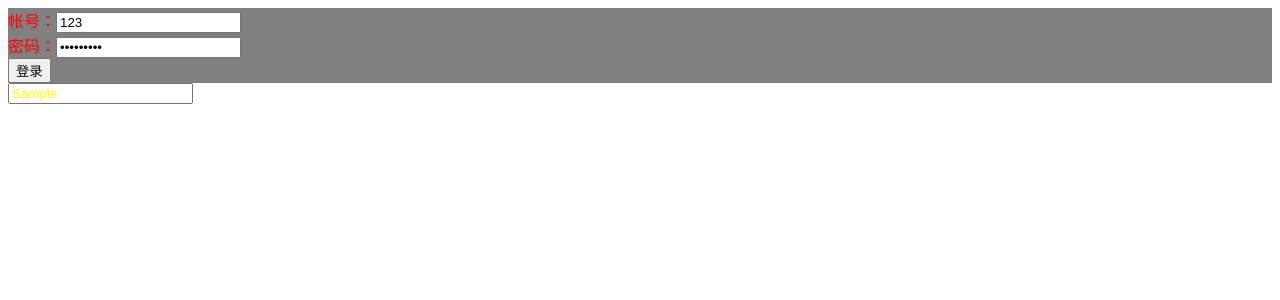
Repository: MuzDing/Muz_Data
Page: http://localhost/javeEe/default.jsp
These files come from the project's save history. The page is drawn as it stood at one moment and after the next save; the edit follows.
The browser window is 1280 px wide. The pictures show the whole page.
Empty fields were first filled with sample values (such as "Sample", 5 or name@example.com).
After loading, the first visible `#btnLogin` was clicked once.
The page is served by Tomcat 9.

Above is the page before, as saved 2017-09-18 03:43:53.

After the next save:
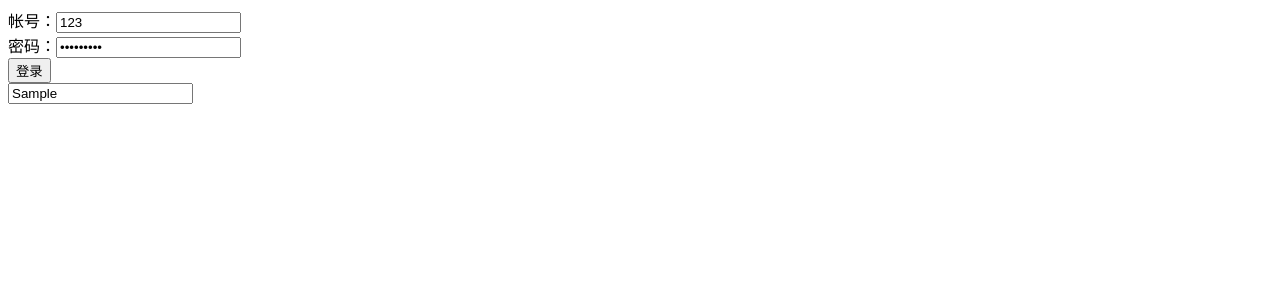
Saved 61 s later.
--- a/java-workspace/javeEe/WebContent/default.jsp
+++ b/java-workspace/javeEe/WebContent/default.jsp
@@ -25,18 +25,12 @@ $(function() {
 
 		strUserID = $("#txtUserID").val();
 		strUserPWD = $("#txtUserPWD").val();
-		//alert(strUserID);
-		//alert(strUserPWD);
-
-		$("div").css({color:"red",backgroundColor:"gray"});
-
-		$("input[name ='txtTeacherName']").css({color:"yellow"});
+		//$("div").css({color:"red",backgroundColor:"gray"});
+	    //$("input[name ='txtTeacherName']").css({color:"yellow"});
 		var strTeacherName;
-		strTeacherName = $("#txtTeacherName").val();
-		//alert(strTeacherName);
-
-		strUserID = $("#txtUserID").val();
-		strUserPWD = $("#txtUserPWD").val();
+		//strTeacherName = $("#txtTeacherName").val();
+		//strUserID = $("#txtUserID").val();
+		//strUserPWD = $("#txtUserPWD").val();
 
 		if((strUserID == "123")&&(strUserPWD == "11")){
 			window.ope("NewFile.jsp");
